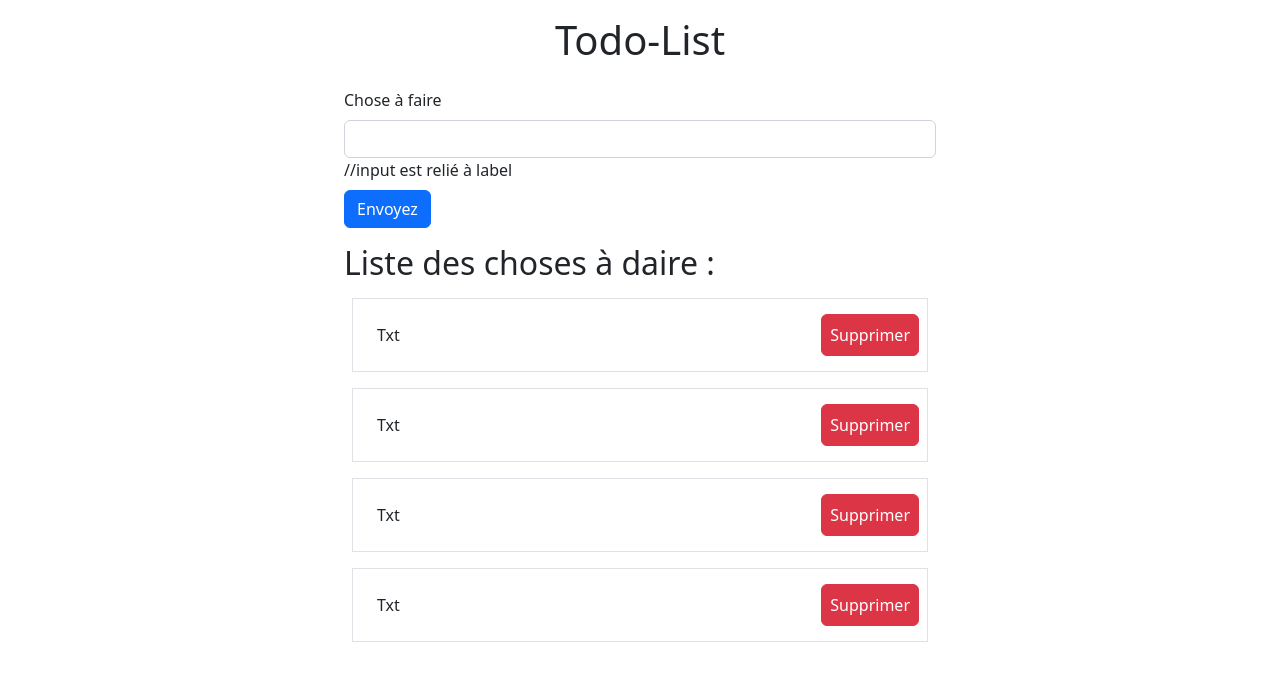
Repository: Michelhof1978/toDoListReact
Page: / (app in APPLICATION/)
An editor plug-in stored every save of this project. The page is shown before and after the next save, followed by the edit.
The browser window is 1280 px wide. The pictures show the whole page.
The project was rebuilt for these pictures with package versions that can differ from the ones it lists, and the page was loaded fresh each time.

Above is the page before, as saved 2023-05-17 12:35:21.

### APPLICATION/src/index.css
*, ::before, ::after {
  box-sizing: border-box;
  margin: 0;
  padding: 0;
}

body {
  background: #222;
  color: #f1f1f1;
  font-family: Arial, Helvetica, sans-serif;
}

.box {
  width: 200px;
  height: 200px;
  background: salmon;
  margin: 30px;
  transition: all ease-in-out 0.4s;
}
.animated {
  background: lightblue;
  transform: scale(1.3);
}

### APPLICATION/src/App.js
import '../node_modules/bootstrap/dist/css/bootstrap.min.css'
import Form from './Components/Form'

function App() {

  return (
    <div className="App">
        <h1 className="text-center mt-3">Todo-List</h1>
        <Form />
    </div>
  );
}

export default App;

### APPLICATION/src/Components/Form.js
import {useState} from 'react'
//COMPONENTS
import Item from './Item'

export default function Form(){


    return (

        <div className="m-auto px-4 col-12 col-sm-10 col-lg-6">

            <form className="mb-3">
                <label htmlFor="todo" className="form-label mt-3">Chose à faire</label>
                <input type="text" className="form-control" id="todo"/>
                //input est relié à label

                <button className="mt-2 btn btn-primary d-block">Envoyez</button>
            </form>

            <h2>Liste des choses à daire : </h2>
            <ul className="list-group">
                <Item />
                <Item />
                <Item />
                <Item />
            </ul>
        </div>

    )
}

### APPLICATION/src/Components/Item.js

export default function Item() {
    return (
        <li className="border d-flex justify-content-between align-items-center  p-2 m-2">
            <div className="p-3">Txt</div>
            <button className="btn btn-danger p-2 h-50">Supprimer</button>
        </li>
    )
}

Loaded but not shown: APPLICATION/public/index.html (common file); APPLICATION/src/index.js (common file)

After the next save:
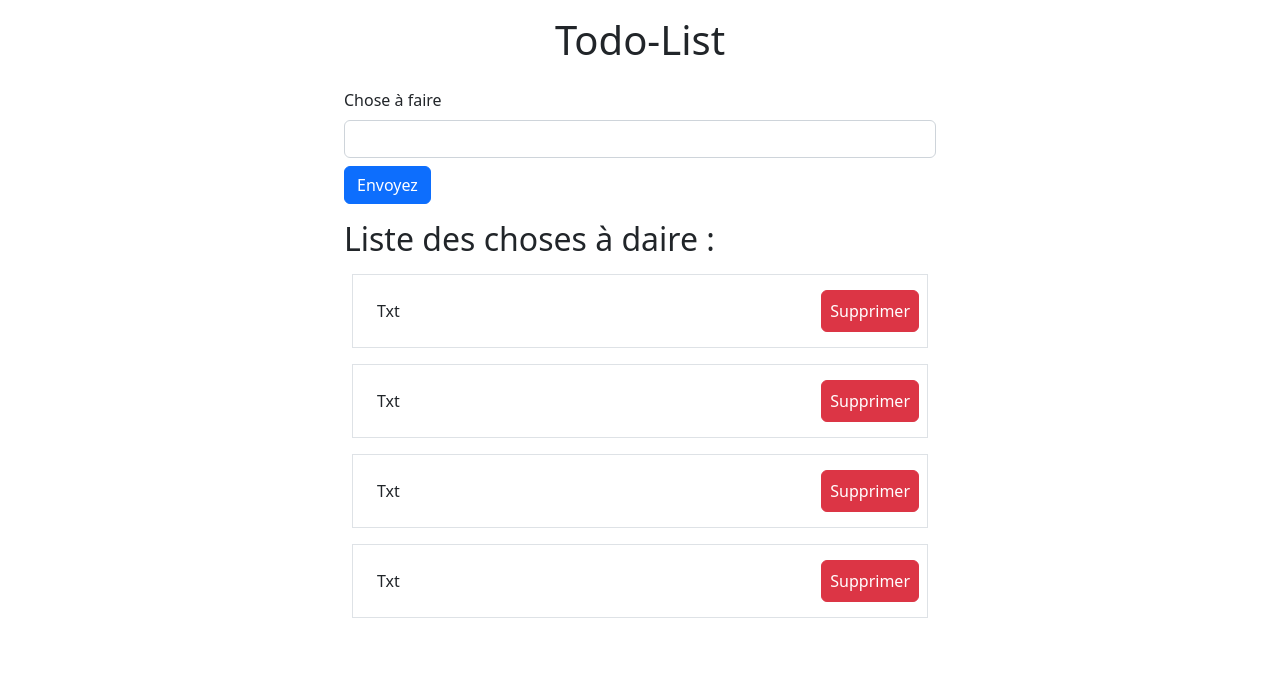
Saved 63 s later.
--- a/APPLICATION/src/Components/Form.js
+++ b/APPLICATION/src/Components/Form.js
@@ -12,7 +12,7 @@ export default function Form(){
             <form className="mb-3">
                 <label htmlFor="todo" className="form-label mt-3">Chose à faire</label>
                 <input type="text" className="form-control" id="todo"/>
-                //input est relié à label
+                {/* //input est relié à label */}
 
                 <button className="mt-2 btn btn-primary d-block">Envoyez</button>
             </form>
